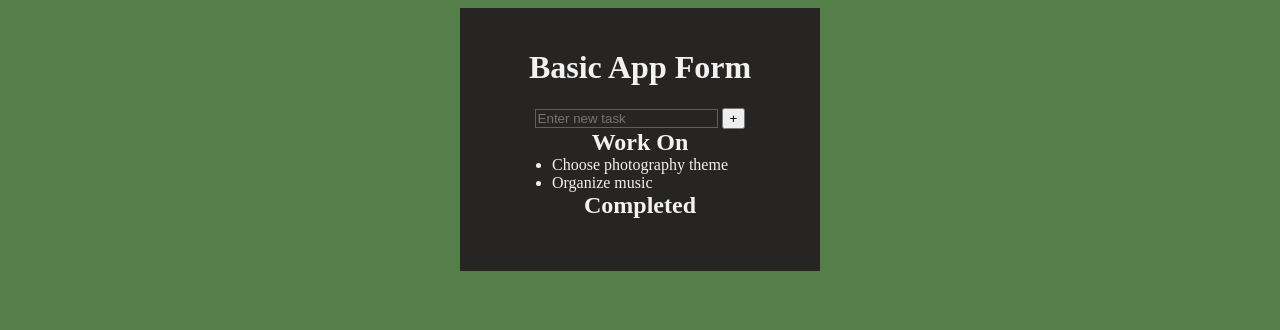
Repository: Kayla-amr/dgm_3760
Page: todoTemplate-W2/index.html
The author's editor kept a copy of each file at every save. The page is drawn from the files as they stood at one save, then again after the next save.
The browser window is 1280 px wide. The pictures show the whole page.

Above is the page before, as saved 2022-10-17 17:08:54.

After the next save:
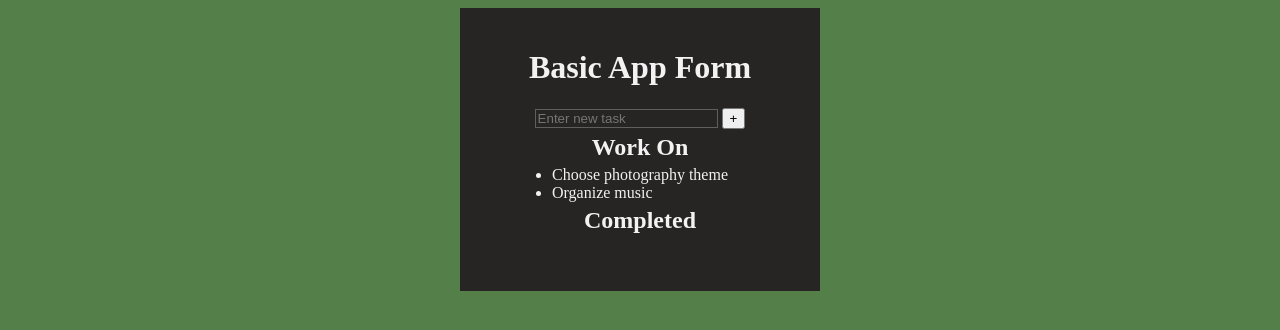
Saved 9 s later.
--- a/todoTemplate-W2/styles.css
+++ b/todoTemplate-W2/styles.css
@@ -18,7 +18,7 @@ main{
 }
 h2{
     margin: 0;
-    padding: 0;
+    padding: 5px;
 }
 .todoTasks{
     margin: 0;
